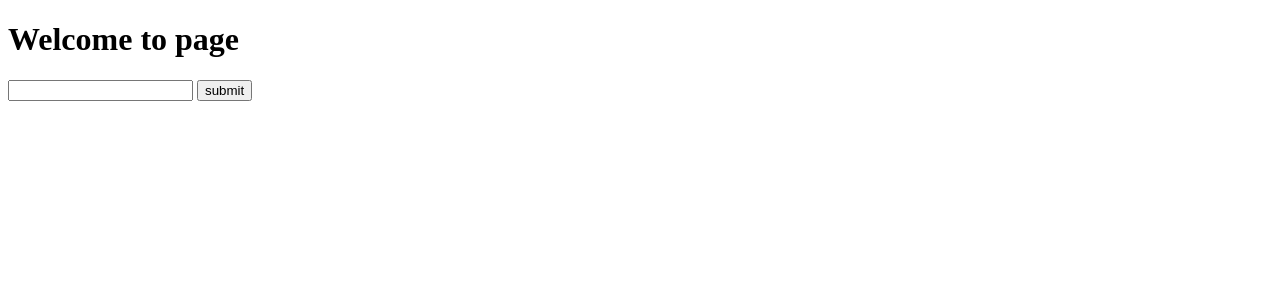
Repository: ankitaunhalkar/Bridgelabz-Servlet
Page: Servlet/WebContent/index.html
These files come from the project's save history. The page is drawn as it stood at one moment and after the next save; the edit follows.
The browser window is 1280 px wide. The pictures show the whole page.

Above is the page before, as saved 2018-05-19 12:41:13.

### Servlet/WebContent/index.html
<!DOCTYPE html>
<html>
<head>
<meta charset="UTF-8">
<title>Insert title here</title>
</head>
<body>
<h1>Welcome to page</h1>
<form action="servletRequestDemo">
<input type="text" name="name"/>
<input type="submit" value="submit"></form>
</body>
</html>

After the next save:
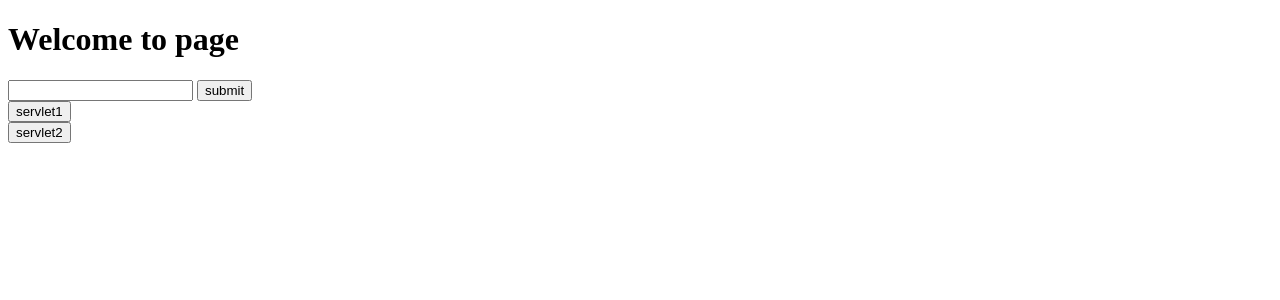
Saved 2 min 56 s later.
--- a/Servlet/WebContent/index.html
+++ b/Servlet/WebContent/index.html
@@ -9,5 +9,13 @@
 <form action="servletRequestDemo">
 <input type="text" name="name"/>
 <input type="submit" value="submit"></form>
+
+<form action="config">
+<input type="submit" value="servlet1"/>
+</form>
+
+<form action="config2">
+<input type="submit" value="servlet2"/>
+</form>
 </body>
 </html>
